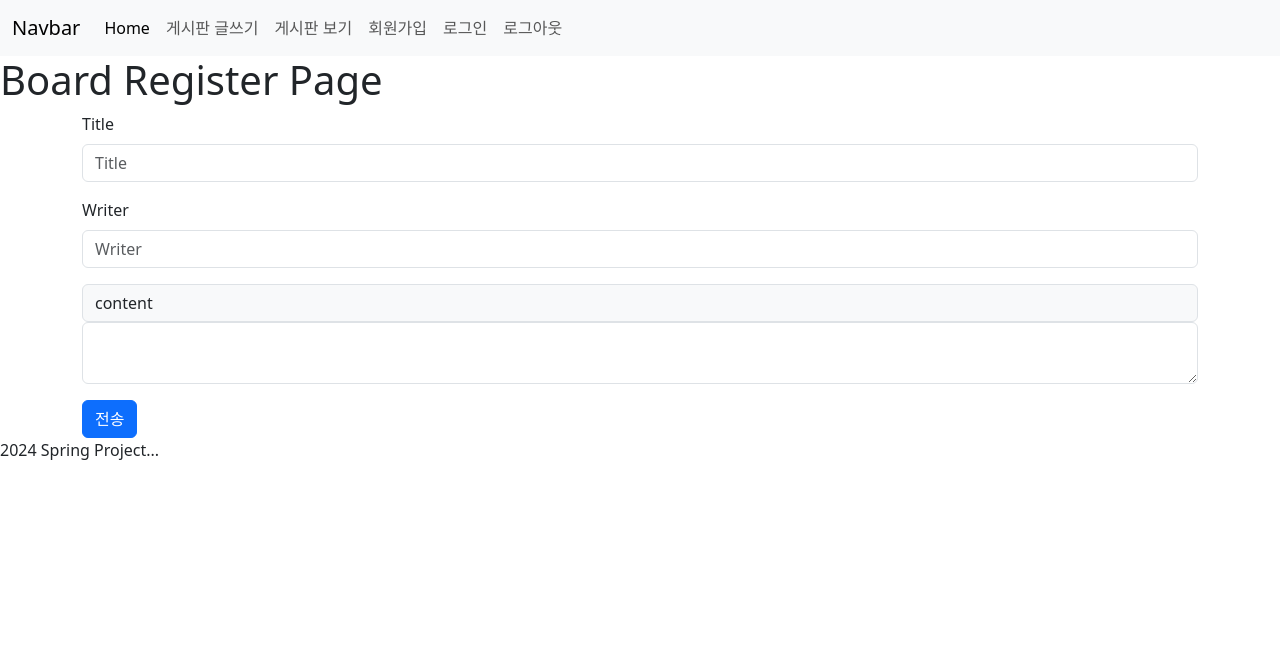
Repository: leegangjin/springTest240430
Page: http://localhost/spring_study/WEB-INF/views/board/detail.jsp
These files come from the project's save history. The page is drawn as it stood at one moment and after the next save; the edit follows.
The browser window is 1280 px wide. The pictures show the whole page.
The page is served by Tomcat 9. Nobody is signed in. The template is opened directly, without the code that normally fills it, so the values that code supplies are empty.

Above is the page before, as saved 2024-04-24 05:46:10.

After the next save:
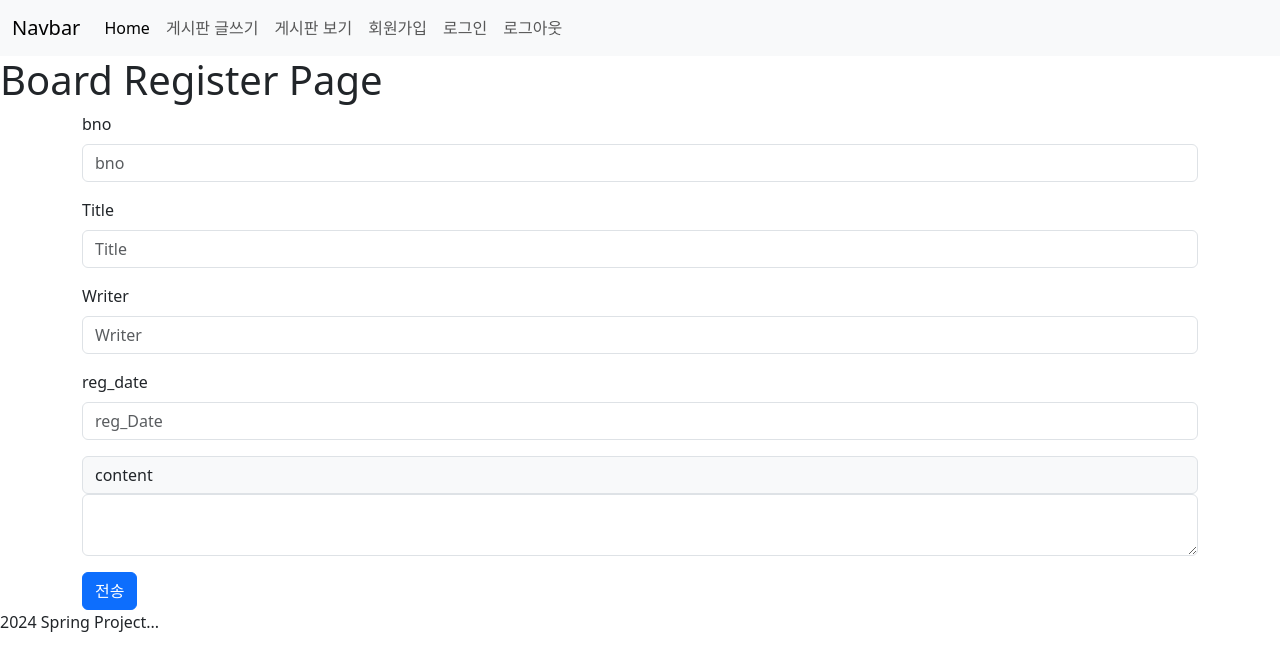
Saved 2 min 10 s later.
--- a/spring_study/src/main/webapp/WEB-INF/views/board/detail.jsp
+++ b/spring_study/src/main/webapp/WEB-INF/views/board/detail.jsp
@@ -4,24 +4,37 @@
 
 
 <jsp:include page="../layout/header.jsp"></jsp:include>
-	<h1>Board Register Page</h1>
+<h1>Board Register Page</h1>
 
-  <div class="container-md">
-  <form action="/board/insert" method="post">
-  <div class="mb-3">
-  <label for="formGroupExampleInput" class="form-label">Title</label>
-  <input type="text" class="form-control" name="title" id="t" placeholder="Title">
+<div class="container-md">
+
+	<div class="mb-3">
+		<label for="formGroupExampleInput" class="form-label">bno</label> <input
+			type="text" class="form-control" name="bno" id="n"
+			placeholder="bno">
+	</div>
+	<div class="mb-3">
+		<label for="formGroupExampleInput" class="form-label">Title</label> <input
+			type="text" class="form-control" name="title" id="t"
+			placeholder="Title">
+	</div>
+	<div class="mb-3">
+		<label for="formGroupExampleInput" class="form-label">Writer</label> <input
+			type="text" class="form-control" name="writer" id="w"
+			placeholder="Writer">
+	</div>
+	<div class="mb-3">
+		<label for="formGroupExampleInput" class="form-label">reg_date</label> <input
+			type="text" class="form-control" name="reg_date" id="r"
+			placeholder="reg_Date">
+	</div>
+	<div class="mb-3">
+		<label class="input-group-text">content</label>
+		<textarea class="form-control" name="content"
+			aria-label="With textarea"></textarea>
+	</div>
+	<button type="submit" class="btn btn-primary">전송</button>
+
 </div>
-<div class="mb-3">
-  <label for="formGroupExampleInput" class="form-label">Writer</label>
-  <input type="text" class="form-control" name="writer" id="w" placeholder="Writer">
-</div>
-<div class="mb-3">
-  <label class="input-group-text">content</label>
-  <textarea class="form-control" name="content" aria-label="With textarea"></textarea>
-</div>
-<button type="submit" class="btn btn-primary">전송</button>
-  </form>
-  </div>
 
-  <jsp:include page="../layout/footer.jsp"></jsp:include>
+<jsp:include page="../layout/footer.jsp"></jsp:include>
